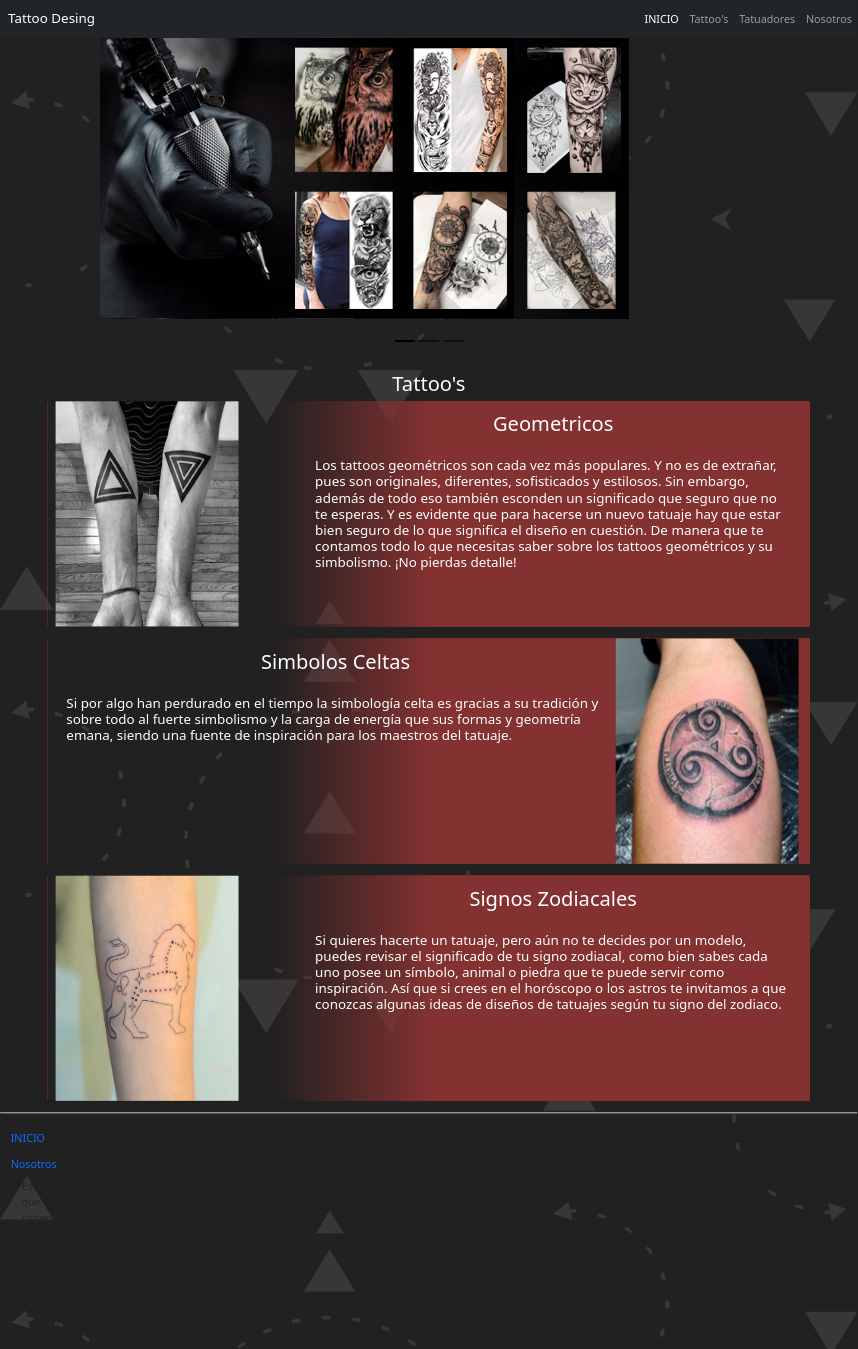
Repository: Vladimir-22/TatooDesign
Page: index.html
An editor plug-in stored every save of this project. The page is shown before and after the next save, followed by the edit.
The browser window is 1280 px wide. The pictures show the whole page, at 67% of full size.
Some web libraries are served in a nearby version.

Above is the page before, as saved 2021-05-19 20:35:28.

### index.html
<!DOCTYPE html>
<html lang="es">

<head>
    <meta charset="UTF-8">
    <meta http-equiv="X-UA-Compatible" content="IE=edge">
    <meta name="viewport" content="width=device-width, initial-scale=1.0">
    <link href="https://cdn.jsdelivr.net/npm/bootstrap@5.0.0-beta3/dist/css/bootstrap.min.css" rel="stylesheet" integrity="sha384-eOJMYsd53ii+scO/bJGFsiCZc+5NDVN2yr8+0RDqr0Ql0h+rP48ckxlpbzKgwra6" crossorigin="anonymous">
    <script src="https://cdn.jsdelivr.net/npm/bootstrap@5.0.0-beta3/dist/js/bootstrap.bundle.min.js" integrity="sha384-JEW9xMcG8R+pH31jmWH6WWP0WintQrMb4s7ZOdauHnUtxwoG2vI5DkLtS3qm9Ekf" crossorigin="anonymous"></script>
    <script src="https://cdn.jsdelivr.net/npm/bootstrap@5.0.0-beta3/dist/js/bootstrap.bundle.min.js" integrity="sha384-JEW9xMcG8R+pH31jmWH6WWP0WintQrMb4s7ZOdauHnUtxwoG2vI5DkLtS3qm9Ekf" crossorigin="anonymous"></script>
    <script src="https://cdn.jsdelivr.net/npm/@popperjs/core@2.9.1/dist/umd/popper.min.js" integrity="sha384-SR1sx49pcuLnqZUnnPwx6FCym0wLsk5JZuNx2bPPENzswTNFaQU1RDvt3wT4gWFG" crossorigin="anonymous"></script>
    <script src="https://cdn.jsdelivr.net/npm/bootstrap@5.0.0-beta3/dist/js/bootstrap.min.js" integrity="sha384-j0CNLUeiqtyaRmlzUHCPZ+Gy5fQu0dQ6eZ/xAww941Ai1SxSY+0EQqNXNE6DZiVc" crossorigin="anonymous"></script>
    <link rel="stylesheet" href="https://use.fontawesome.com/releases/v5.8.1/css/all.css" integrity="sha384-50oBUHEmvpQ+1lW4y57PTFmhCaXp0ML5d60M1M7uH2+nqUivzIebhndOJK28anvf" crossorigin="anonymous">
    <link rel="stylesheet" href="css/styles.css">
    <title>Tattoo Desing</title>
</head>

<body>
    <nav class="navbar navbar-expand-lg navbar-dark bg-dark">
        <div class="container-fluid">
            <!-- <i class="fas fa-bars"></i> -->

            <div class="col-md-9">
                <a class="navbar-brand" href="#">Tattoo Desing</a>

                <button class="navbar-toggler" type="button" data-bs-toggle="collapse" data-bs-target="#navbarNav" aria-controls="navbarNav" aria-expanded="false" aria-label="Toggle navigation">
                    <span class="navbar-toggler-icon"></span>
                </button>
            </div>

            <div class="col-md-3 collapse navbar-collapse" id="navbarNav">
                <ul class="navbar-nav">
                    <li class="nav-item">
                        <a class="nav-link active" aria-current="page" href="#">INICIO</a>
                    </li>
                    <li class="nav-item">
                        <a class="nav-link" href="tattoo's.html">Tattoo's</a>
                    </li>
                    <li class="nav-item">
                        <a class="nav-link" href="tatuadores.html">Tatuadores</a>
                    </li>
                    <li class="nav-item">
                        <a class="nav-link" href="nosotros.html" tabindex="-1" aria-disabled="true">Nosotros</a>
                    </li>
                </ul>
            </div>

        </div>
    </nav>

    <div class="container">
        <div class="row" id="carrusel" >
            <div id="carouselExampleDark" class="carousel carousel-dark slide" data-bs-ride="carousel">

                <div class="carousel-indicators">
                    <button type="button" data-bs-target="#carouselExampleDark" data-bs-slide-to="0" class="active" aria-current="true" aria-label="Slide 1"></button>
                    <button type="button" data-bs-target="#carouselExampleDark" data-bs-slide-to="1" aria-label="Slide 2"></button>
                    <button type="button" data-bs-target="#carouselExampleDark" data-bs-slide-to="2" aria-label="Slide 3"></button>
                </div>

                <div class="carousel-inner">
                    <div class="carousel-item active" data-bs-interval="10000">
                        <img id="imgCarrusel" src="./Agos/Carrusel/trae-tu-diseño.png" class="d-block w-20" alt="...">
                        <!-- <div class="carousel-caption d-none d-md-block">
                            <h5>First slide label</h5>
                            <p>Some representative placeholder content for the first slide.</p>
                        </div> -->
                    </div>
                    <div class="carousel-item" data-bs-interval="4000">
                        <img id="imgCarrusel" src="./Agos/Carrusel/Tendencias.png" class="d-block w-20" alt="...">
                        <!-- <div class="carousel-caption d-none d-md-block">
                            <h5>Second slide label</h5>
                            <p>Some representative placeholder content for the second slide.</p>
                        </div> -->
                    </div>
                    <div class="carousel-item" data-bs-interval="2000">
                        <img id="imgCarrusel" src="./Agos/Carrusel/Tatuadores-banner.png" class="d-block w-20" alt="...">
                        <!-- <div class="carousel-caption d-none d-md-block">
                            <h5>Third slide label</h5>
                            <p>Some representative placeholder content for the third slide.</p>
                        </div> -->
                    </div>
                </div>

                <!-- <button class="carousel-control-prev" type="button" data-bs-target="#carouselExampleDark" data-bs-slide="prev">
                  <span class="carousel-control-prev-icon" aria-hidden="true"></span>
                  <span class="visually-hidden">Previous</span>
                </button>
                <button class="carousel-control-next" type="button" data-bs-target="#carouselExampleDark" data-bs-slide="next">
                  <span class="carousel-control-next-icon" aria-hidden="true"></span>
                  <span class="visually-hidden">Next</span>
                </button> -->

            </div>
        </div>

        <div class="row section2 text-center">
            <h1>
                Tattoo's
            </h1>
        </div>

        <div class="row">
            <!-- <div class="card mb-3">
                <img src="./Pedro/Categorías - Signos Zodiacales/Simbolos Celtas.PNG" class="card-img-top" alt="...">
                <div class="card-body">
                    <h5 class="card-title">Card title</h5>
                    <p class="card-text">This is a wider card with supporting text below as a natural lead-in to additional content. This content is a little bit longer.</p>
                    <p class="card-text"><small class="text-muted">Last updated 3 mins ago</small></p>
                </div>
            </div> -->

            <div id="Geometricos" class="card mb-3" style="max-width: auto;">
                <div class="row g-0">
                    <div class="col-md-4">
                        <img id="imagen" src="./Pedro/Categorías - descripcion inicio/Tatuajes Geometricos.jpg" alt="...">
                    </div>
                    <div class="col-md-8">
                        <div class="card-body">
                            <h1 class="card-title">Geometricos</h1> <br>
                            <h5 id="descrip-gral" class="card-text">
                                Los tattoos geométricos son cada vez más populares. Y no es de extrañar, pues son originales, diferentes, sofisticados y estilosos. Sin embargo, además de todo eso también esconden un significado que seguro que no te esperas.
                                Y es evidente que para hacerse un nuevo tatuaje hay que estar bien seguro de lo que significa el diseño en cuestión. De manera que te contamos todo lo que necesitas saber sobre los tattoos geométricos y su simbolismo. ¡No
                                pierdas detalle!
                            </h5>
                            <!-- <p class="card-text"><small class="text-muted">Última actualización 3 minutos</small></p> -->
                        </div>
                    </div>
                </div>
            </div>

            <div id="Celtas" class="card mb-3" style="max-width: auto;">
                <div class="row g-0">
                    <div class="col-md-9">
                        <div class="card-body">
                            <h1 class="card-title">Simbolos Celtas</h1> <br>
                            <h5 id="descrip-gral" class="card-text">
                                Si por algo han perdurado en el tiempo la simbología celta es gracias a su tradición y sobre todo
                                al fuerte simbolismo y la carga de energía que sus formas y geometría emana, siendo una fuente de
                                inspiración para los maestros del tatuaje.
                            </h5 >
                            <!-- <p class="card-text"><small class="text-muted">Última actualización 3 minutos</small></p> -->
                        </div>
                    </div>
                    <div class="col-md-3">
                        <img id="imagen" src="./Pedro/Categorías - descripcion inicio/Simbolos Celtas.jpg" alt="...">
                    </div>
                </div>
            </div>

            <div id="Zodiacales" class="card mb-3" style="max-width: auto;">
                <div class="row g-0">
                    <div class="col-md-4">
                        <img id="imagen" src="./Pedro/Categorías - descripcion inicio/Signos Zodiacales.jpg" alt="...">
                    </div>
                    <div class="col-md-8">
                        <div class="card-body">
                            <h1 class="card-title">Signos Zodiacales</h1> <br>
                            <h5 id="descrip-gral" class="card-text">
                                Si quieres hacerte un tatuaje, pero aún no te decides por un modelo, puedes revisar el significado
                                de tu signo zodiacal, como bien sabes cada uno posee un símbolo, animal o piedra que te puede servir
                                como inspiración.
                                Así que si crees en el horóscopo o los astros te invitamos a que conozcas algunas ideas de diseños
                                de tatuajes según tu signo del zodiaco.
                            </h5>
                            <!-- <p class="card-text"><small class="text-muted">Última actualización 3 minutos</small></p> -->
                        </div>
                    </div>
                </div>
            </div>
        </div>

    </div>
</body>
<footer>
    <div class="footer" id="footer">
        <div id="footer" class="card mb-3" style="max-width: auto;"></div>
            <div class="col-6 col-md-4">
                <a class="nav-link active" aria-current="page" href="#">INICIO</a>
            </div>
            <div class="col-6 col-md-4">
                <a class="nav-link" href="nosotros.html" tabindex="-1" aria-disabled="true">Nosotros</a>
            </div>

    </div>
    <div class="col-md-3 mb-md-0 mb-3">
        <ul>
            <li> <p> Esta página esta creada para aquellos que buscan realizarse un tatuaje y no saben que hacerse o en donde. En ella vas a encontrar a los mejores tatuadores de San Juan.</p> </li>
            <li> <p> Calle falsa 123</p> </li>
            <li> <p> (541) 754-3010</p> </li>
            <li> <p> info@hsdf.com</p> </li>

        </ul>
    </div>
</footer>
</html>

### css/styles.css
body {
    margin: 0 !important;
    padding: 0;
    position: relative;
    /*width: 1440px;
    height: 1024px;*/
    background: #212121;
    background-image: url(../Daniela/Background.png);
    background-position: center;
    background-size: contain;
    /* font-family: NanumGothic; */
}

.section2 {
    margin-top: 7%;
    color: white;
}

.section3 {
    margin-top: 3%;
    color: white;
}

h1 {
    font-size: 30px;
}

h2 {
    font-size: 21px;
}

h3 {
    font-size: 18px;
}

h1,
h2,
h3 {
    color: white;
    text-align: center;
}


/*.card img {
    width: 30%;
    height: 30%;
    align-content: center;
} */

nav {
    position: absolute;
    left: 0% !important;
    right: 0% !important;
    top: 0% !important;
    bottom: 0% !important;
    background: #000000 !important;
}

.carousel-indicators {
    left: 0% !important;
    right: 0% !important;
    top: 105% !important;
    bottom: 0% !important;
    margin-top: 0% !important;
}

.carousel-inner {
    left: 6% !important;
    right: 0% !important;
    top: 0% !important;
}



#Geometricos,
#Celtas,
#Zodiacales {
    background: linear-gradient(270deg, #833131 50%, rgba(131, 49, 49, 0) 70.34%);
    border-radius: 4px;
}

#nosotros
{
    background: none;
}

#descrip-gral {
    color: white;
}

#imagen {
    width: 273px;
    height: 336px;
}

#Celtas #imagen {
    right: 100% !important;
    top: 660px;
}

After the next save:
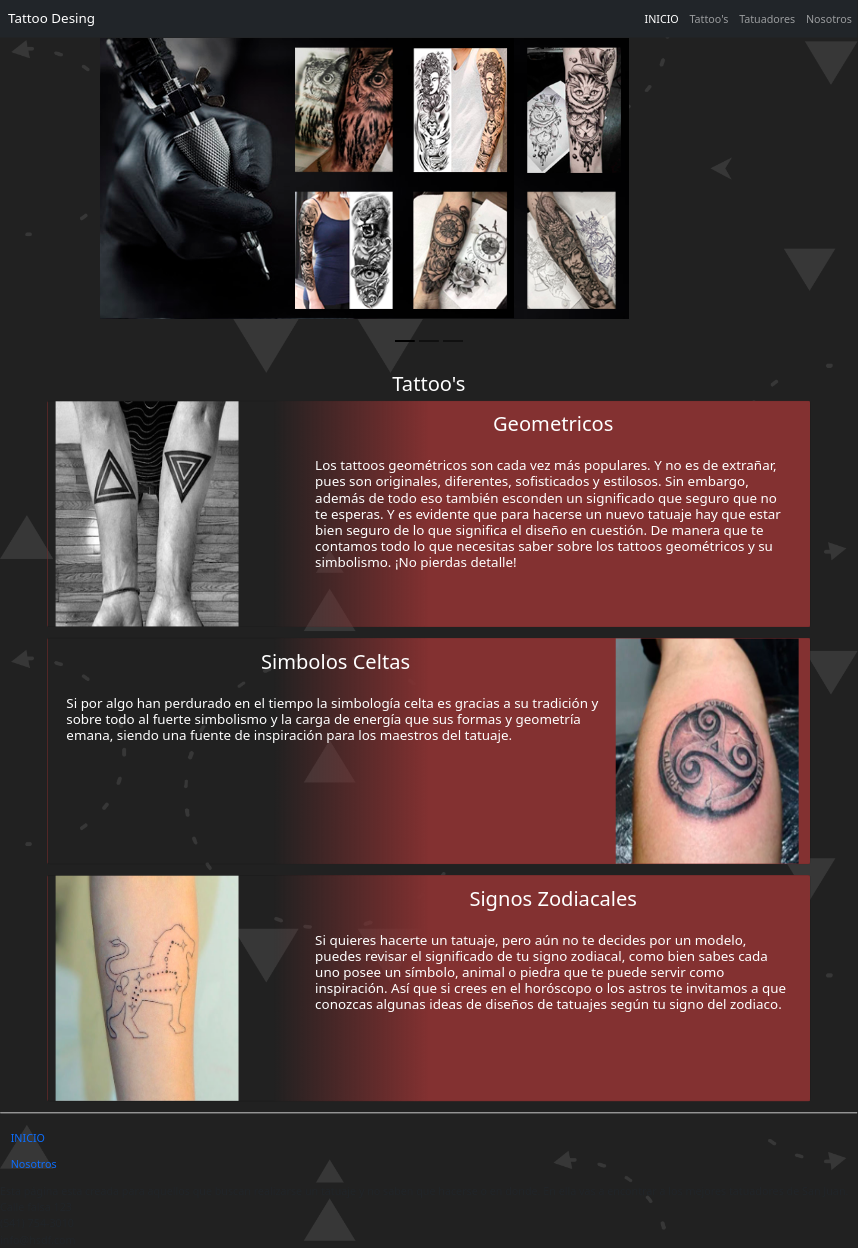
Saved 2 min 27 s later.
--- a/index.html
+++ b/index.html
@@ -183,14 +183,13 @@
             </div>
 
     </div>
-    <div class="col-md-3 mb-md-0 mb-3">
-        <ul>
-            <li> <p> Esta página esta creada para aquellos que buscan realizarse un tatuaje y no saben que hacerse o en donde. En ella vas a encontrar a los mejores tatuadores de San Juan.</p> </li>
-            <li> <p> Calle falsa 123</p> </li>
-            <li> <p> (541) 754-3010</p> </li>
-            <li> <p> info@hsdf.com</p> </li>
+    <div class=>
+        <h5 id="descrip-gral" class="card-text"></h5>
+            Esta página esta creada para aquellos que buscan realizarse un tatuaje y no saben que hacerse o en donde. En ella vas a encontrar a los mejores tatuadores de San Juan.<br>
+            Calle falsa 123<br>
+            (541) 754-3010<br>
+            info@hsdf.com<br>
 
-        </ul>
     </div>
 </footer>
 </html>
